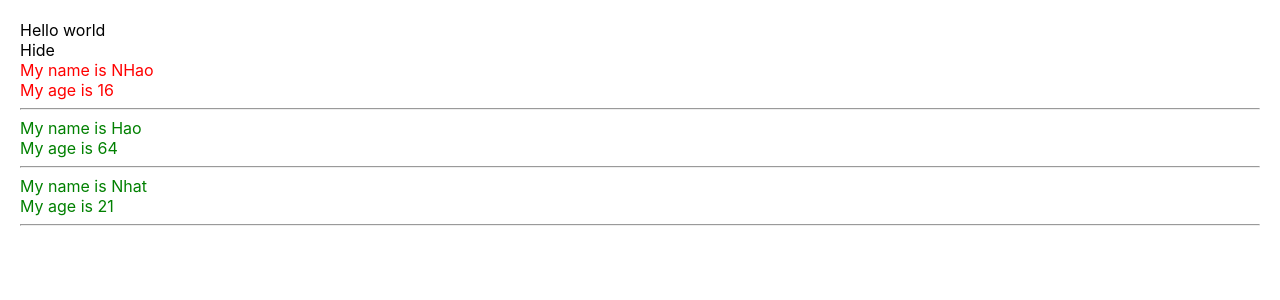
Repository: haonguyen09/reactProject
Page: /
These files come from the project's save history. The page is drawn as it stood at one moment and after the next save; the edit follows.
The browser window is 1280 px wide. The pictures show the whole page.
The project was rebuilt for these pictures with package versions that can differ from the ones it lists, and the page was loaded fresh each time.

Above is the page before, as saved 2023-08-01 17:24:45.

After the next save:
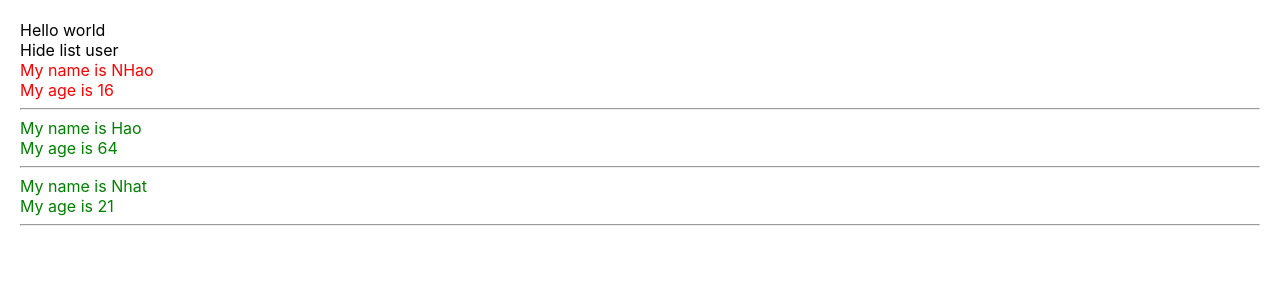
Saved 1 s later.
--- a/src/components/MyInfo.js
+++ b/src/components/MyInfo.js
@@ -22,7 +22,9 @@ class MyInfo extends React.Component {
 
             <div>
                 <div>
-                    <span onClick={()=> {this.handleShowHide()}}>Hide</span>
+                    <span onClick={() => { this.handleShowHide() }}>
+                        {this.state.isShow === true ? "Hide list user" : "Show list user"}
+                    </span>
                 </div>
                 {this.state.isShow &&
                     <div>
